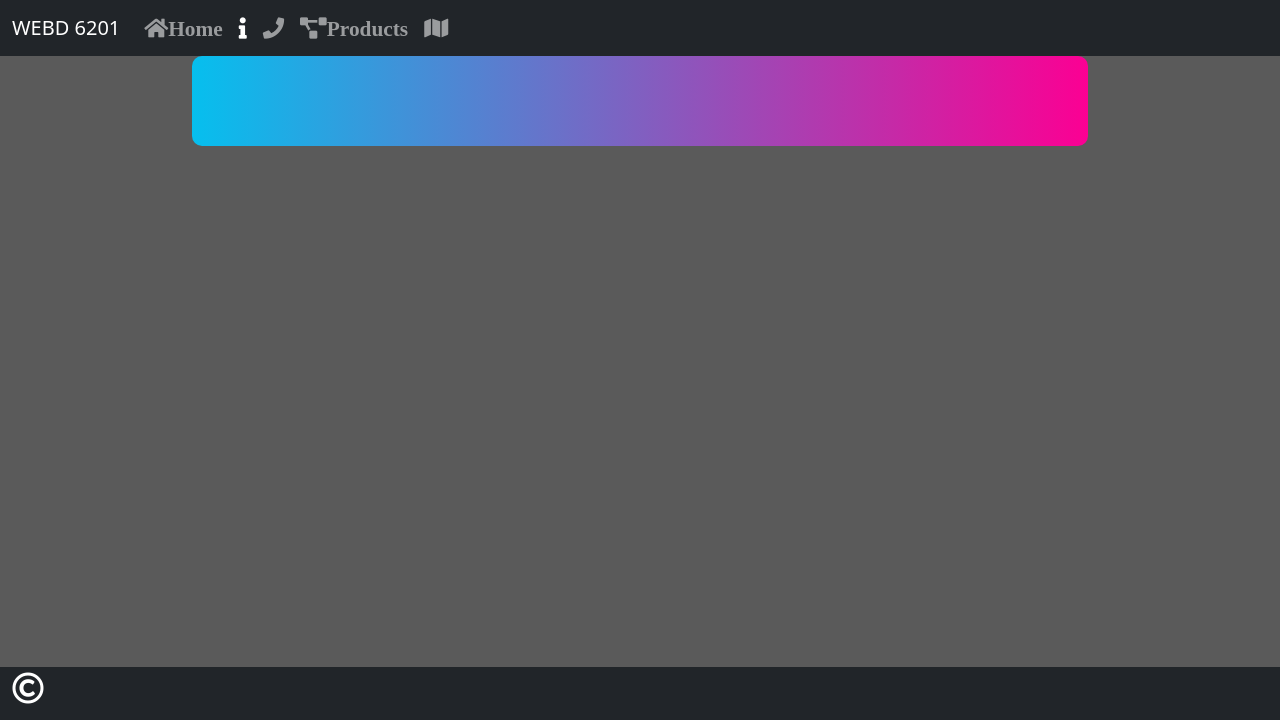
Repository: vans12345678/WEBD6201-W2021-Lab1
Page: about.html
An editor plug-in stored every save of this project. The page is shown before and after the next save, followed by the edit.
The browser window is 1280 px wide. The pictures show the whole page.

Above is the page before, as saved 2021-02-04 18:40:48.
Console error: TypeError: Cannot set properties of null (setting 'textContent')

After the next save:
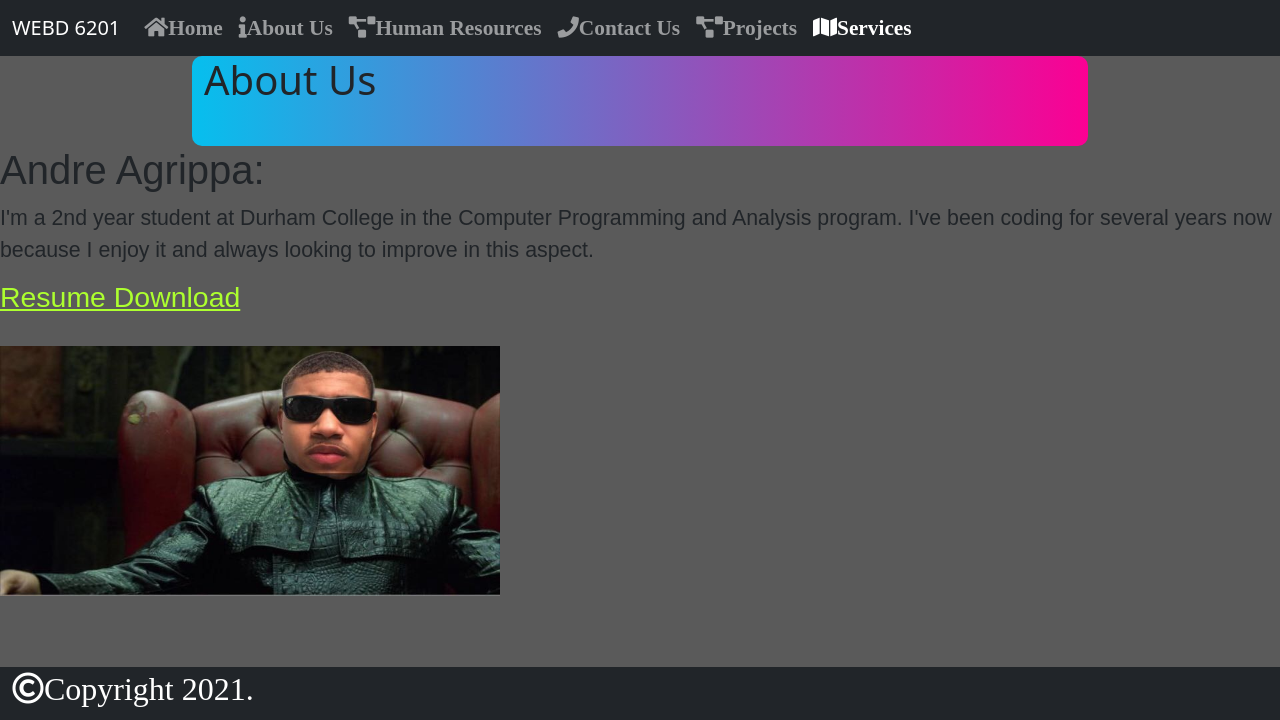
The error is gone.
Saved 15 s later.
--- a/about.html
+++ b/about.html
@@ -21,23 +21,21 @@
                 <span class="navbar-toggler-icon"></span>
               </button>
               <div class="collapse navbar-collapse" id="navbarSupportedContent">
-                <ul class="navbar-nav me-auto mb-2 mb-lg-0">
+                <ul id = "ulNav" class="navbar-nav me-auto mb-2 mb-lg-0">
                   <li class="nav-item">
-                    <a id = "navIndex" class="nav-link fas fa-home fa-lg" aria-current="page" href="index.html"></a>
+                    <a  class="nav-link " aria-current="page" href="index.html"><i id ="navIndex"class = "fas fa-home fa-lg"></i></a>
+                  </li>
+                  <li class="nav-item" id ="navAbout">
+                    <a  class="nav-link " aria-current="page" href="about.html"><i id ="navAboutItem"class = "fas fa-info fa-lg"></i></a>
                   </li>
                   <li class="nav-item">
-                    <a id = "navAbout" class="nav-link active fas fa-info fa-lg" aria-current="page" href="about.html"></a>
-                  </li>
-                  <li class="nav-item" id = "navHumanResources">
+                    <a  class="nav-link " aria-current="page" href="contact.html"><i id ="navContact"class = "fas fa-phone fa-lg"></i></a>
                   </li>
                   <li class="nav-item">
-                    <a id = "navContact" class="nav-link fas fa-phone fa-lg" aria-current="page" href="contact.html"></a>
+                    <a  class="nav-link" aria-current="page" href="projects.html"><i id ="navProjects" class ="fas fa-project-diagram fa-lg">Products</i></a>
                   </li>
                   <li class="nav-item">
-                    <a id = "navProjects" class="nav-link fas fa-project-diagram fa-lg" aria-current="page" href="projects.html">Products</a>
-                  </li>
-                  <li class="nav-item">
-                    <a id = "navServices" class="nav-link fas fa-map fa-lg" aria-current="page" href="services.html"></a>
+                    <a  class="nav-link active" aria-current="page" href="services.html"><i id ="navServices"class = "fas fa-map fa-lg"></i></a>
                   </li>
                 </ul>
               </div>
